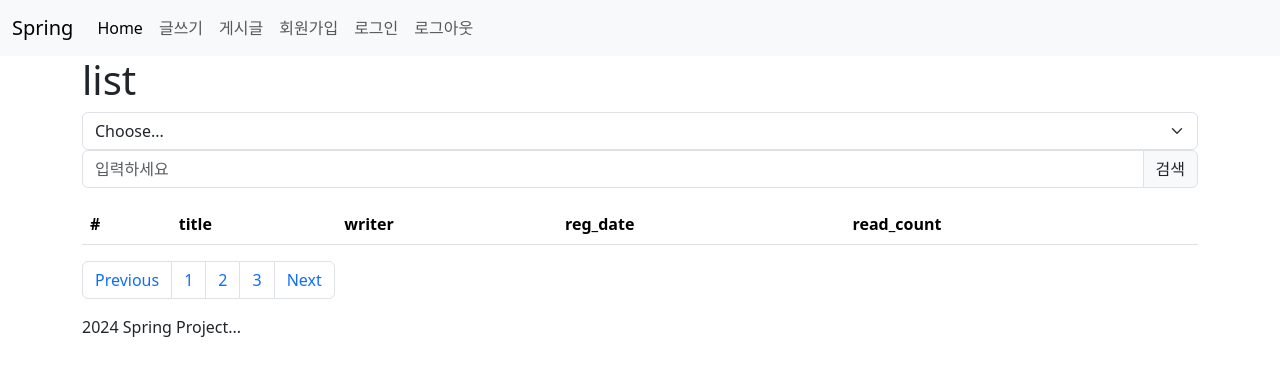
Repository: dlwpsdlwps/springTest240430
Page: http://localhost/spring_study/WEB-INF/views/board/list.jsp
The author's editor kept a copy of each file at every save. The page is drawn from the files as they stood at one save, then again after the next save.
The browser window is 1280 px wide. The pictures show the whole page.
The page is served by Tomcat 9. Nobody is signed in. The template is opened directly, without the code that normally fills it, so the values that code supplies are empty.

Above is the page before, as saved 2024-04-24 08:25:42.

After the next save:
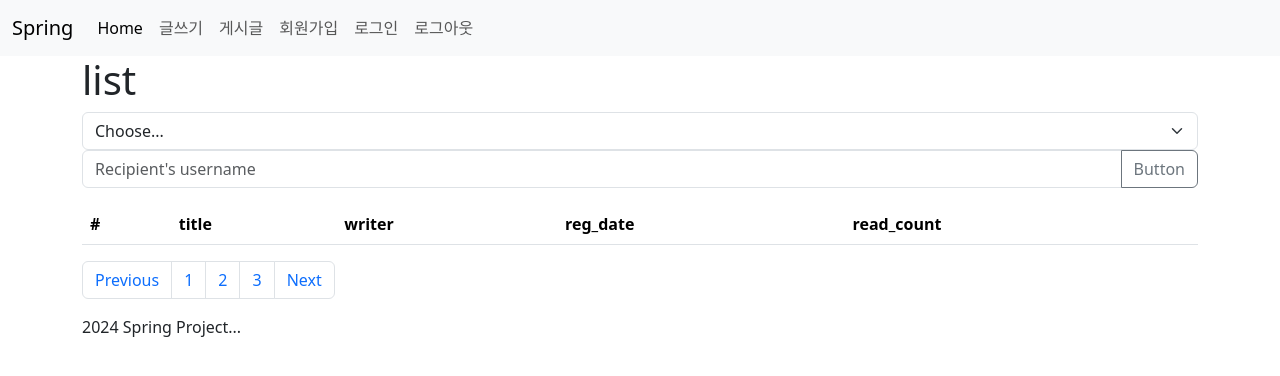
Saved 8 min 23 s later.
--- a/spring_study/src/main/webapp/WEB-INF/views/board/list.jsp
+++ b/spring_study/src/main/webapp/WEB-INF/views/board/list.jsp
@@ -16,10 +16,10 @@
 		      <option value="3">Three</option>
 		    </select>
 		</div>
-    	<div class="input-group mb-3 flex-nowrap">
-	  		<input type="text" class="form-control" placeholder="입력하세요" aria-label="Recipient's username" aria-describedby="basic-addon2">
-	  		<span class="input-group-text" id="basic-addon2">검색</span>
-  		</div>
+    	<div class="input-group mb-3">
+		  <input type="text" class="form-control" placeholder="Recipient's username" aria-label="Recipient's username" aria-describedby="button-addon2">
+		  <button class="btn btn-outline-secondary" type="button" id="button-addon2">Button</button>
+		</div>
 	</form>
 	<table class="table table-hover">
 		<thead>
